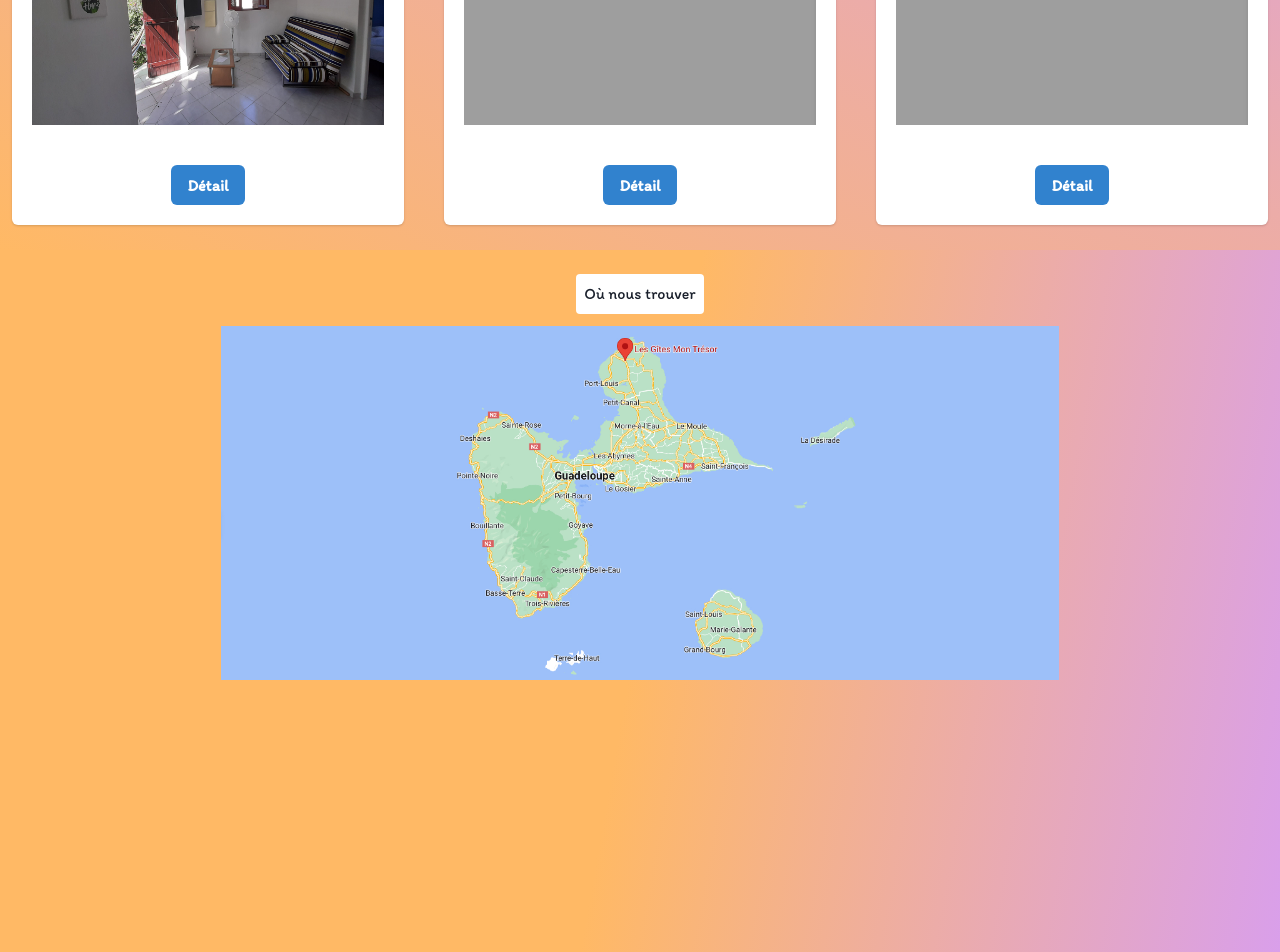
Repository: All-Khwarizmi/gites-v2
Page: /
The author's editor kept a copy of each file at every save. The page is drawn from the files as they stood at one save, then again after the next save.
The browser window is 1280 px wide. The pictures show the part of the page from y = 1190 to 2142 px (the page is 2160 px tall).
Pictures or frames that could not be fetched are drawn as grey boxes. The project was rebuilt for these pictures with package versions that can differ from the ones it lists, and the page was loaded fresh each time. The framework's server and built-in components were replaced by stand-ins that run in the browser. Also part of the build but not shown: next.config.js, next.config.mjs.

Above is the page before, as saved 2023-02-03 19:21:46.

After the next save:
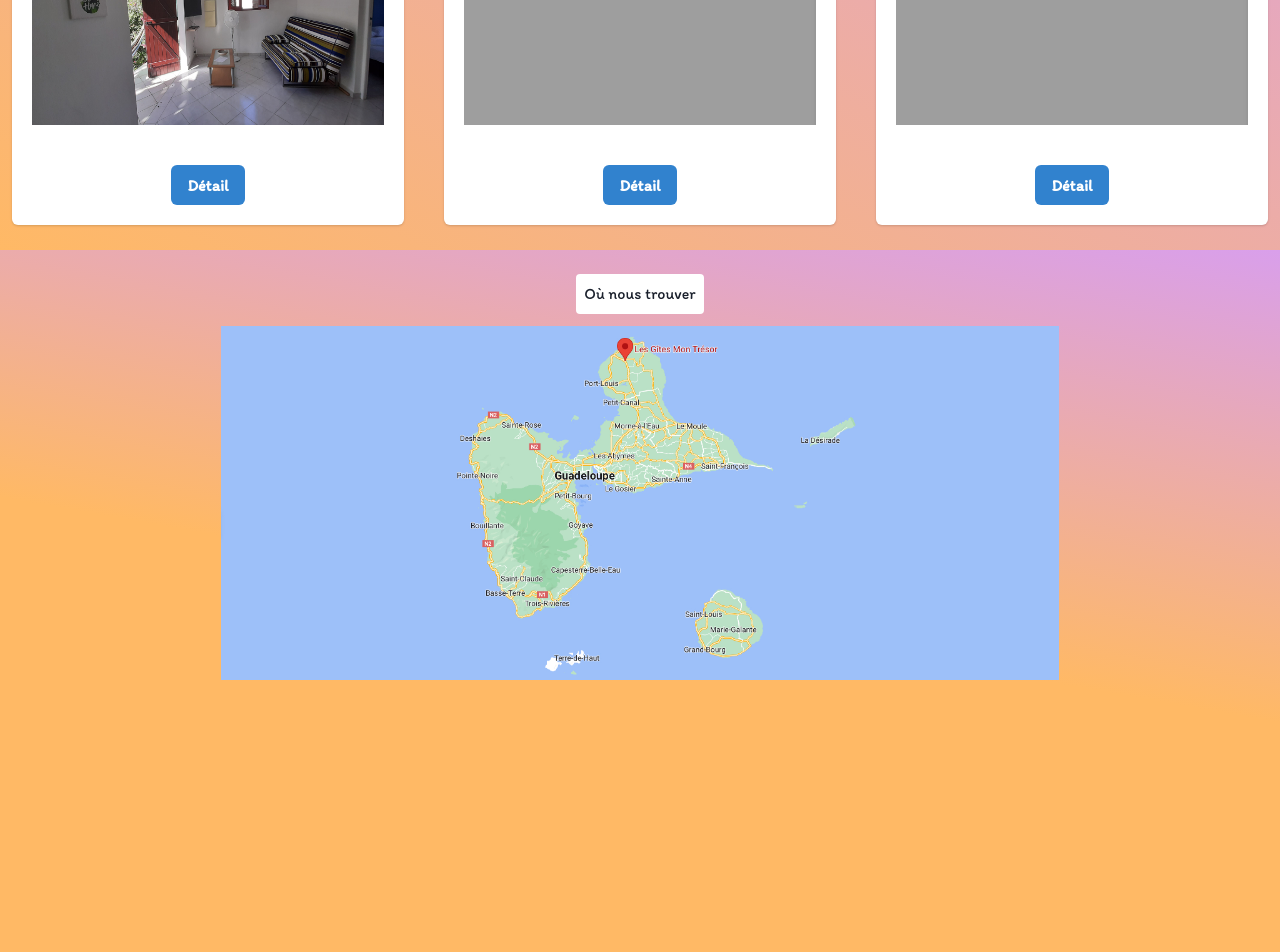
Saved 5 s later.
--- a/src/styles/globals.css
+++ b/src/styles/globals.css
@@ -43,7 +43,7 @@ body {
 }
 .section-2 {
   background-image: linear-gradient(
-    280deg,
+    1270deg,
    var(--colorTwo) 0%,
     var(--colorOne) 50%
   );
